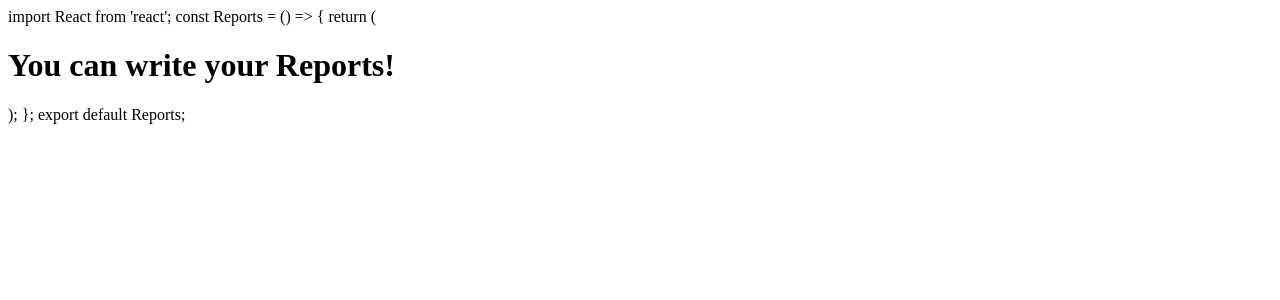
Repository: uonafya/PPMS_Landing-Page
Page: src/pages/reports/usaid.html
The author's editor kept a copy of each file at every save. The page is drawn from the files as they stood at one save, then again after the next save.
The browser window is 1280 px wide. The pictures show the whole page.

Above is the page before, as saved 2023-05-15 12:48:48.

### src/pages/reports/usaid.html
import React from 'react';

const Reports = () => {
  return (
    <h1>You can write your Reports!</h1>
  );
};

export default Reports;

After the next save:
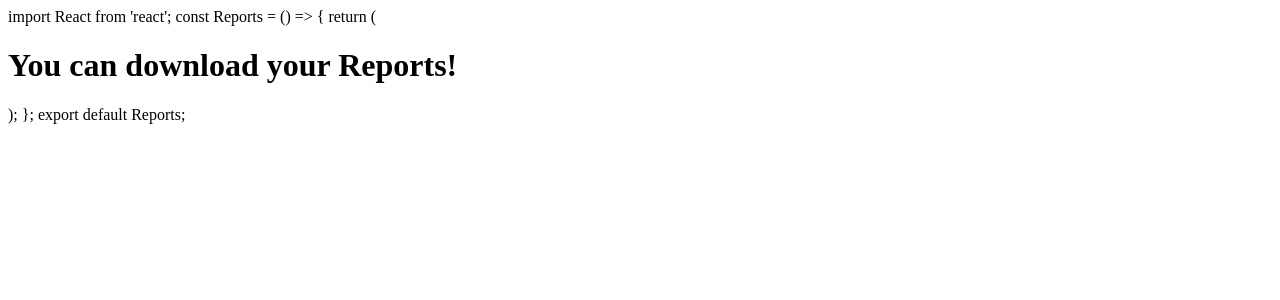
Saved 5 s later.
--- a/src/pages/reports/usaid.html
+++ b/src/pages/reports/usaid.html
@@ -2,7 +2,7 @@ import React from 'react';
 
 const Reports = () => {
   return (
-    <h1>You can write your Reports!</h1>
+    <h1>You can download your Reports!</h1>
   );
 };
 
